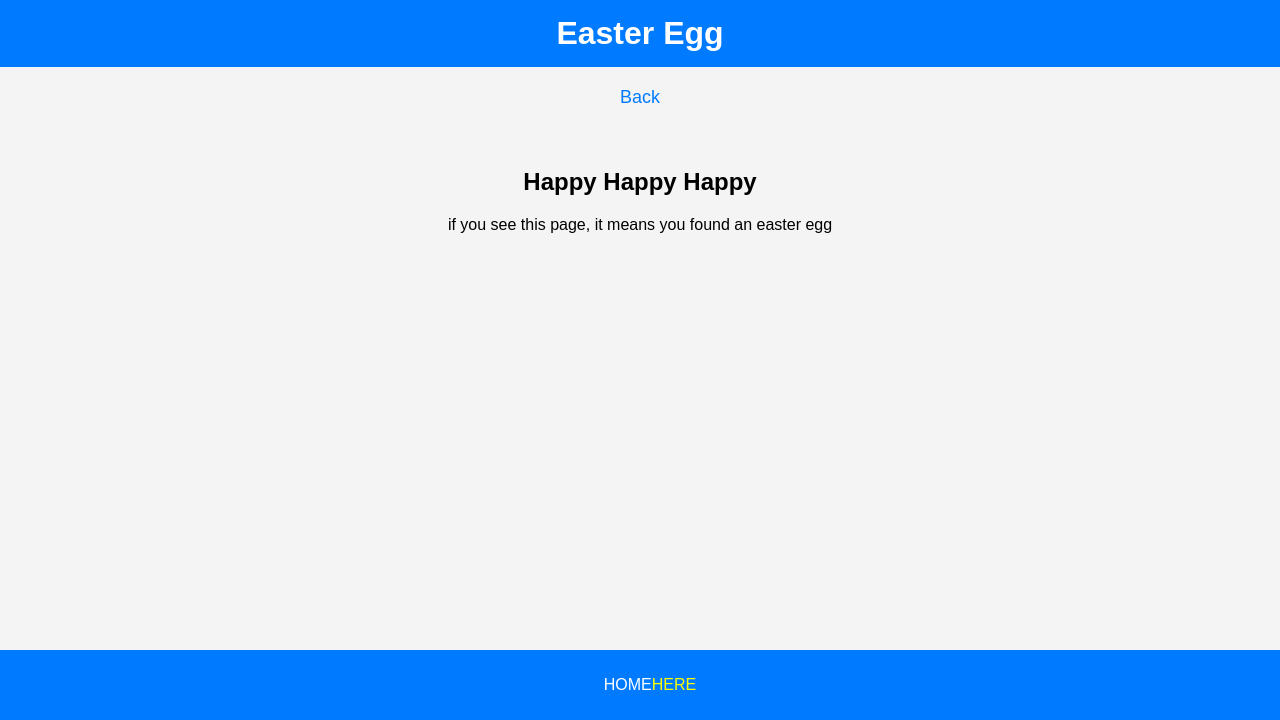
Repository: st0rmeed/fanatydiktatury
Page: helpwithliks.html
The author's editor kept a copy of each file at every save. The page is drawn from the files as they stood at one save, then again after the next save.
The browser window is 1280 px wide. The pictures show the whole page.

Above is the page before, as saved 2025-03-01 17:41:16.

### helpwithliks.html
<!DOCTYPE html>
<html lang="en">
<head>
    <meta charset="UTF-8">
    <meta name="viewport" content="width=device-width, initial-scale=1.0">
    <title>Help</title>
    <style>
        body {
            font-family: Arial, sans-serif;
            margin: 0;
            padding: 0;
            text-align: center;
            background-color: #f4f4f4;
        }
        header {
            background: #007bff;
            padding: 15px;
        }
        header h1 {
            color: white;
            margin: 0;
        }
        nav {
            margin: 20px 0;
        }
        nav a {
            text-decoration: none;
            color: #007bff;
            margin: 0 15px;
            font-size: 18px;
        }
        nav a:hover {
            text-decoration: underline;
        }
        main {
            padding: 20px;
        }
        footer {
            background: #007bff;
            color: white;
            padding: 10px;
            position: fixed;
            width: 100%;
            bottom: 0;
        }
        footer a {
            color: yellow;
            text-decoration: none;
        }
        footer a:hover {
            text-decoration: underline;
        }
    </style>
</head>
<body>
    <header>
        <h1>Easter Egg</h1>
    </header>
    <nav>
        <a href="index.html">Back</a>
    </nav>
    <main>
        <h2>Happy Happy Happy</h2>
        <p>if you see this page, it means you found an easter egg</p>
    </main>
    <footer>
        <p>HOME<a href="index.html">HERE</a></p>
    </footer>
</body>
</html>

After the next save:
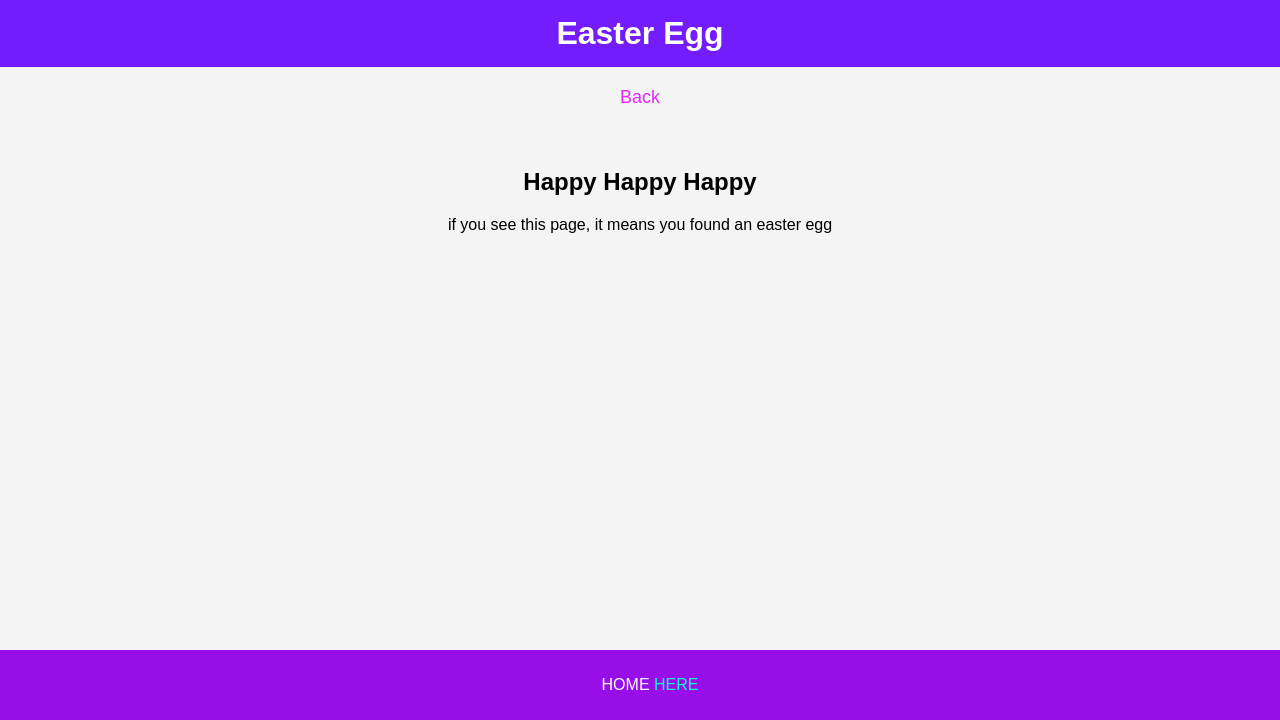
Saved 117 s later.
--- a/helpwithliks.html
+++ b/helpwithliks.html
@@ -13,7 +13,7 @@
             background-color: #f4f4f4;
         }
         header {
-            background: #007bff;
+            background: #6200ffe1;
             padding: 15px;
         }
         header h1 {
@@ -25,7 +25,7 @@
         }
         nav a {
             text-decoration: none;
-            color: #007bff;
+            color: #e100ffd8;
             margin: 0 15px;
             font-size: 18px;
         }
@@ -36,7 +36,7 @@
             padding: 20px;
         }
         footer {
-            background: #007bff;
+            background: #980ee9;
             color: white;
             padding: 10px;
             position: fixed;
@@ -44,7 +44,7 @@
             bottom: 0;
         }
         footer a {
-            color: yellow;
+            color: rgb(8, 255, 214);
             text-decoration: none;
         }
         footer a:hover {
@@ -64,7 +64,7 @@
         <p>if you see this page, it means you found an easter egg</p>
     </main>
     <footer>
-        <p>HOME<a href="index.html">HERE</a></p>
+        <p>HOME <a href="index.html">HERE</a></p>
     </footer>
 </body>
 </html>
